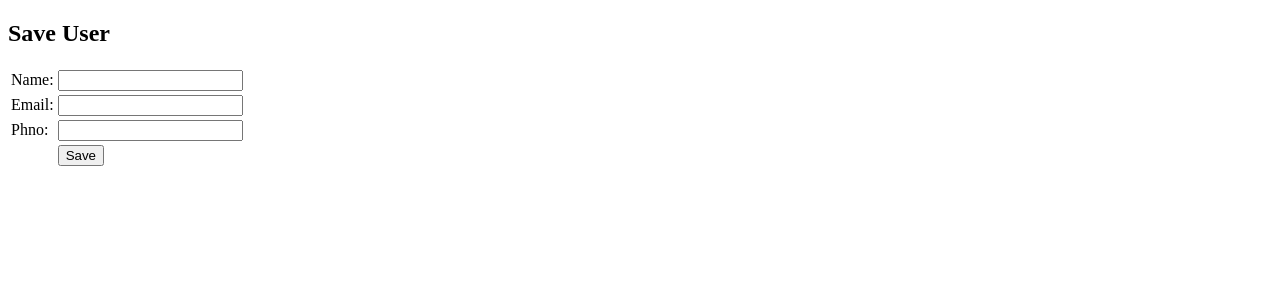
Repository: kiran1231276/book-my-show-app
Page: http://localhost/UserWebApp/
An editor plug-in stored every save of this project. The page is shown before and after the next save, followed by the edit.
The browser window is 1280 px wide. The pictures show the whole page.
The page is served by Tomcat 9.

Above is the page before, as saved 2023-12-28 13:55:02.

After the next save:
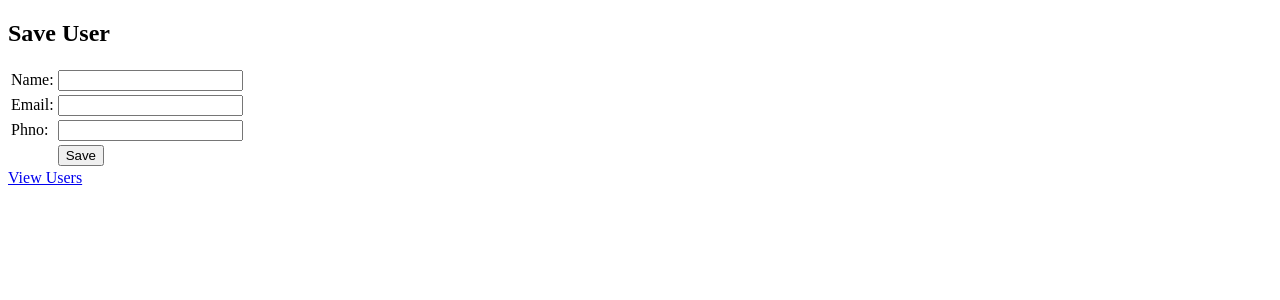
Saved 2 h 7 min later.
--- a/Ashok It Advanced Java/UserWebApp/src/main/webapp/index.jsp
+++ b/Ashok It Advanced Java/UserWebApp/src/main/webapp/index.jsp
@@ -32,5 +32,6 @@
             </tr>
         </table>
     </form>
+                <a href="user">View Users </a>
 </body>
 </html>
